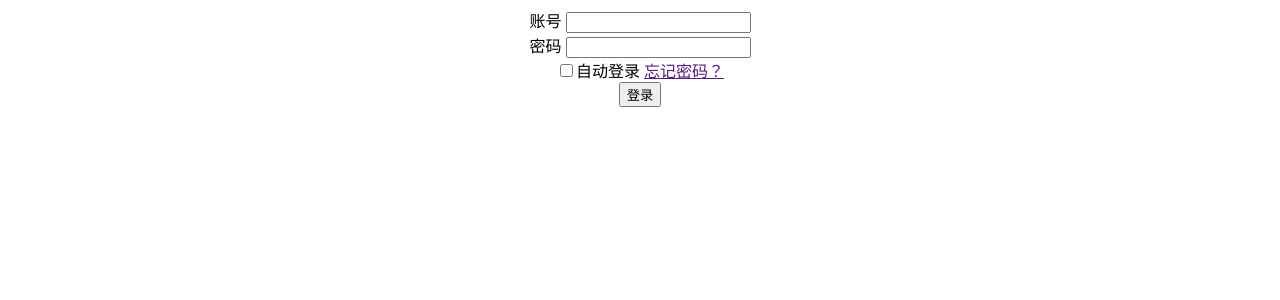
Repository: Jiege005/mytest-software-project
Page: mytest/WebContent/mod1.1.html
The author's editor kept a copy of each file at every save. The page is drawn from the files as they stood at one save, then again after the next save.
The browser window is 1280 px wide. The pictures show the whole page.

Above is the page before, as saved 2025-06-18 08:47:10.

After the next save:
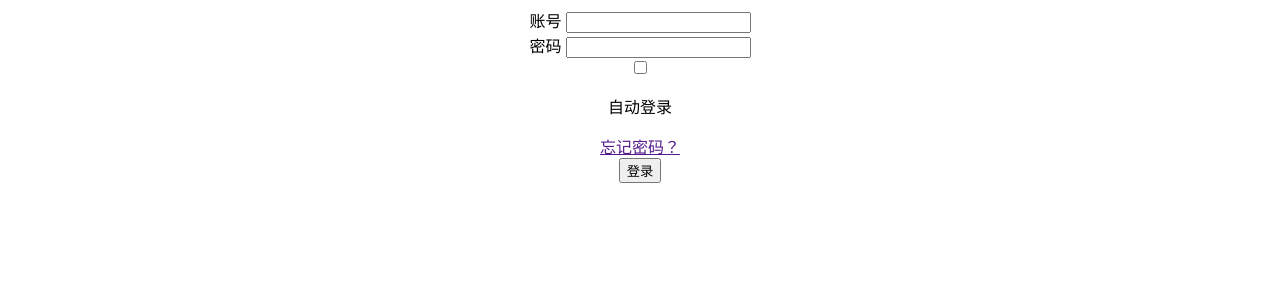
Saved 3 h 33 min later.
--- a/mytest/WebContent/mod1.1.html
+++ b/mytest/WebContent/mod1.1.html
@@ -25,7 +25,7 @@
 		    <label for="exampleInputPassword1">密码</label>
 		    <input type="password" class="form-control" id="exampleInputPassword1">
 		  </div>
-		  <input type="checkbox" value="">自动登录
+		  <input type="checkbox" value=""><p>自动登录</p>
 		  <a href="" target="_blank">忘记密码？</a>
 		  <br>
 		  <button type="submit" class="btn btn-default">登录</button>
